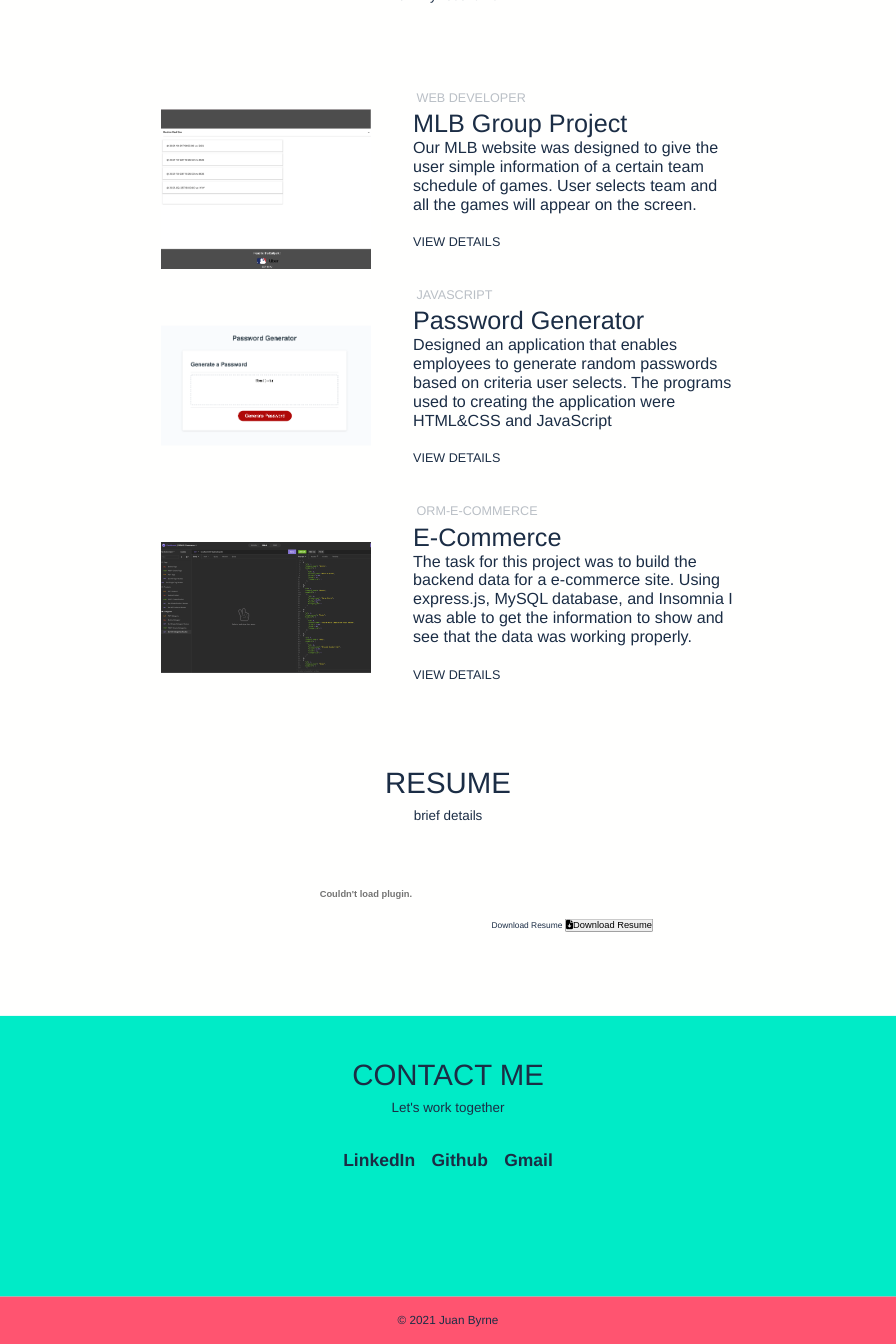
Repository: jb150524/JB-Portfolio
Page: index.html
An editor plug-in stored every save of this project. The page is shown before and after the next save, followed by the edit.
The browser window is 1280 px wide. The pictures show the part of the page from y = 2436 to 4356 px (the page is 4356 px tall before and 4354 px after), at 70% of full size.
Some web libraries are served in a nearby version.

Above is the page before, as saved 2021-09-25 21:30:51.

### index.html
<!DOCTYPE html>
<!-- saved from url=(0053)file:///Users/jja/FullStack_HW/juanwebsite/index.html -->

    <html lang="en"><head><meta http-equiv="Content-Type" content="text/html; charset=UTF-8">

    <meta http-equiv="X-UA-Compatible" content="IE=edge">
    <meta name="viewport" content="width=device-width, initial-scale=1.0">

    <!-- CSS style sheet -->
    <link rel="stylesheet" href="style.css">

    <!-- adding icons  -->
    <script src="https://kit.fontawesome.com/11dfd97c40.js" crossorigin="anonymous"></script>

    <title>Juan's Portfolio</title>
    </head>

    <body>
      <header>
      <nav class="top-nav">
        <ul class="nav-list">
        <li>
        <a href="file:///Users/jja/FullStack_HW/juanwebsite/index.html">Home</a>
        <a href="file:///Users/jja/FullStack_HW/juanwebsite/index.html#about">About</a>
        <a href="file:///Users/jja/FullStack_HW/juanwebsite/index.html#portfolio">Portfolio</a>
        <a href="file:///Users/jja/FullStack_HW/juanwebsite/index.html#resume">Resume</a>
        <a href="file:///Users/jja/FullStack_HW/juanwebsite/index.html#contact">Contact</a>
        </li>
        </ul>
      </nav>

    <div class="main">
      <div class="landing-text">
        <h1>JuanByrne</h1>
        <h6>Graphic Designer and Full Stack Web Developer</h6>
      </div>
    </div>
    </header>

    <section class="about" id="about">
      <div class="container">
          <a class="about-details">
        <div class="about-heading">
          <h1>About</h1>
          <h6>Myself</h6>
        </div>
          <p>
          I'm a Graphic Designer trying to become a full stack developer. I am from Guadalajara, Mexico. I was born in Mexico, but at a young age I moved to the USA. One of my favorite hobbies is playing competative soccer. Playing soccer has taught me perseverance, how to be a team player, and most importantly how to lose. I currently live in Wayne, Pennsylvania, but have previously lived in Guadalajara, Mexico and Orange County, California. I want to become a web developer because I want to learn a skill that motivates me and pushes me to try new things. I am excited about web developing and want a career that gives me a spark, like I get when I play soccer, with competitiveness, passion, and the belief that I can succeed.
          </p>
          </a>
      </div>
    </section>

      <a class="about-details">
        <section class="experience" id="experience">
            <div class="container">
              <div class="section-heading">
                <h1>Experience</h1>
                <h6>What I can do for you</h6>
              </div>
          <div class="my-skills">
          <div class="skills" alt ="">
            <div class="icon-container">
              <i class="fas fa-layer-group"></i>
            </div>
            <h1>Graphic Designer</h1>
            <p>
            I'm a Graphic Designer with two years of experience working in the advertising industry. Possesses a high degree of competence using programs such as Adobe Photoshop, InDesign, Illustrator, and HTML & CSS.
            </p>
          </div>

        <div class="skills">
          <div class="icon-container">
            <i class="fas fa-laptop-code"></i>
          </div>
              <h1>Web Development</h1>
              <p>
              I'm a full stack developer. I have a strong understanding and concepts in web development: HTML5&CSS, JavaScript, jQuery, command lines, API consumption and much more.
              </p>
            </div>
          </div>
        </div>
      </section>
    </a>

      <section class="portfolio" id="portfolio"><a class="about-details"></a>
        <div class="container"><a class="about-details">
          <div class="section-heading">
            <h1>Portfolio</h1>
            <h6>View my recent work</h6>
            </a>
            </div>
          </div>
          <div class="portfolio-item"><a class="about-details">
            <div class="portfolio-img has-margin-right">
              <img src="images/MLB Site.png" alt="">
            </a>
            </div>
              <div class="portfolio-description"><a class="about-details">
              <h6>Web Developer</h6>
              <h1>MLB Group Project</h1>
              <p>
              Our MLB website was designed to give the user simple information of a certain team schedule of games. User selects team and all the games will appear on the screen.
              </p>
              </a>
            <a href="file:///Users/jja/FullStack_HW/juanwebsite/index.html#" class="cta"> View Details</a>
        </div>
      </div>
    <div>

     <div class="portfolio-item">
          <div class="portfolio-img has-margin-right">
            <img src="images/passGenerator.png" alt="">
            </div>
            <div class="portfolio-description">
            <h6>Javascript</h6>
            <h1>Password Generator</h1>
            <p>
            Designed an application that enables employees to generate random passwords based on criteria user selects. The programs used to creating the application were HTML&CSS and JavaScript
            </p>
            <a href="file:///Users/jja/FullStack_HW/juanwebsite/index.html#" class="cta"> View Details</a>
            </div>
        </div>

      <div>
          <div class="portfolio-item">
            <div class="portfolio-img has-margin-right">
              <img src="images/E-Commerce.png" alt="">
              </div>
              <div class="portfolio-description">
              <h6>ORM-E-Commerce</h6>
              <h1>E-Commerce</h1>
              <p>
              The task for this project was to build the backend data for a e-commerce site. Using express.js, MySQL database, and Insomnia I was able to get the information to show and see that the data was working properly.
              </p>
              <a href="file:///Users/jja/FullStack_HW/juanwebsite/index.html#" class="cta"> View Details</a>
            </div>
          </div>
      </div>
    </section>

    <section class="resume" id="resume">
      <div class="container">
        <div class="section-heading">
          <h1>Resume</h1>
          <h6>brief details</h6>
          <embed src="/images/FullStackDeveloper2021Resume.pdf" type="application/pdf" width="55%" height="100px" />
          <!-- <input type="button" value="Download!"> -->
          <a href="./images/FullStackDeveloper2021Resume.pdf" class="cta">Download Resume</a>
          <button class="btn"><i class="fas fa-file-download"></i>Download Resume</button>
        </div>
      </div>

    <section class="contact" id="contact">
        <div class="container">
          <div class="section-heading">
          <h1>Contact Me</h1>
          <ul>
          <li>
          <h6>Let's work together</h6>
          <a href="https://www.linkedin.com/in/juan-byrne-43869ab7/">LinkedIn</a>
          <a href="https://github.com/jb150524">Github</a>
          <a href="file:///Users/jja/FullStack_HW/juanwebsite/juan1505@gmail.com">Gmail</a>
          </li>
          </ul>
        </div>
       </div>
    </section>

    <footer class="copyright">
      <p>© 2021 Juan Byrne</p>
    </footer>
  </section>


</body>
</html

### style.css
/* Start global*/

* {
    margin: 0;
    padding: 0;
    box-sizing: border-box;
}

html {
    font-size: 12px;
    font-family: Helvetica, sans-serif;
    /* color: rgb(255, 255, 255); */
}

body {
    width: 100%;
    height: 100%;
    background-color: #fffffe;
    background-size: cover;
}

section {
    padding: 60px 0;
}

h6 {
    color: #1b2d45;
    margin: 5px;
}

a {
    text-decoration: none;
    color: #1b2d45;
}

p {
   font-size: 23px;
   font-weight: 300;
   color: #1b2d45;
}



img {
    max-width: 100%;
    height: auto;
}

.main {
    padding: 16px;
    margin-top: 30px;
    height: 1500px; /* Used in this example to enable scrolling */
  }

/* Start reusable*/

.container {
    width: 50%;
    max-width: 120rem;
    height: 100%;
    margin: 0 auto;
    position: relative;
}

.container-details p {
    font-size: 200px;
    padding: 35px;
}

.section-heading {
    text-align: center;
    margin-bottom: 10rem;
}

.section-heading h1 {
    font-family: major mono display, Helvetica, sans-serif;
    font-size: 3.5rem;
    color: #1b2d45;
    text-transform: uppercase;
    font-weight: 300;
    position: relative;
    margin-bottom: 1rem;
}

.section-heading h1::before,
.section-heading h1::after {
    content: "";
    position: absolute;
    bottom: -.5rem;
    left: 50%;
    transform: translateX(-59%);
    background: color #fff8e8;
}

.section-heading h1::before {
    width: 10rem;
    height: 3px;
    border-radius: .8rem;
}

.section-heading h1::after {
    height: 1.5rem;
    border-radius: .100%;
    bottom: 1rem;
}

.section-heading h6 {
    font-size: 1.6rem;
    font-weight: 300;
    margin-bottom: 50px;
}

.has-margin-right {
    margin-right: 5rem;
}
/* End reusable*/

/* Start header*/
header {
    width: 100%;
    height: 100vh;
}

.nav-list {
    z-index: 2;
    top: 0;
    background:#00ebc7;
    overflow: hidden;
    font-size: 35px;
    font-family: major mono display;
    margin: 0;
    padding: 20px;
    position: fixed;
    list-style: none;
    width: 100%;
    display: flex;
    justify-content: center;
    align-items: flex-start;
    text-decoration: none;
}

li {
    margin: 0;
    list-style: none;
}

.nav-link {
    font-family: Arial, Helvetica, sans-serif;
    font-size: 15px;
    padding: 5px;
}

.nav-link:hover,
.nav-ink:focus {
    background: linear-gradient(to top, #5725b3, #9e91e9 );
    -webkit-background-clip: text;
    -webkit-text-fill-color: transparent;

}

.landing-text{
    position: absolute;
    top: 50%;
    left: 50%;
    transform: translate(-50%, -50%);
    width: 100%;
    text-align: center;
    z-index: 1;
}

.landing-text h1 {
    font-size: 150px;
    font-family: major mono display, Helvetica, sans-serif, Helvetica, sans-serif;
    background: linear-gradient(to top, #110202, #000000 );
    -webkit-background-clip: text;
    -webkit-text-fill-color: transparent;
    padding: 1rem;
    user-select: none;

}

.landing-text h6 {
    font-size: 2rem;
    font-weight: 300;
}
/* End header*/

.about .container {
    display: flex;
    align-items: center;
    justify-content: center;
}

.about-heading {
    text-align: center;
    text-transform: uppercase;
    line-height: 10px;
    margin-bottom: 6rem;
}

.about-heading h1 {
    font-size: 10rem;
    opacity: .3;
    font-family: major mono display;
}

.about-heading h6 {
    font-size: 2rem;
    font-weight: 300;
}

/* .about-container p {
   font-size: 50px;
} */

.profile-img {
    max-width: 100%;
    display: inline-block;
}

/* Start services*/

.my-skills {
    display: grid;
    /* grid-template-columns: repeat(auto-fit, min max(25rem, 1fr)); */
    grid-gap: 2.5rem;
    text-align: center;
}

.skills p {
    padding: 15px 5px 5px 5px;
    text-align: left;
}

.skills h1 {
    text-transform: uppercase;
    letter-spacing: 2px;
    margin: 2rem -2px 2rem 0;
}

.icon-container {
    width: 10rem;
    height: 10rem;
    border: 2px solid #1b2d45;
    background-color: #00ebc7;
    margin-bottom: 2rem;
    display: inline-block;
}

.icon-container .fas {
    margin: 27px -35px 0px -36px;
}

.icon-container i {
    color:#1b2d45;
    font-size: 5rem;
    margin: auto;
}
/* End services*/

/* Start portfolio*/

.portfolio-item {
    display: flex;
    align-items: end;
    justify-content: center;
    flex-direction: row;
    flex-wrap: wrap;
    align-content: stretch;
    margin-bottom: 50px;

}
.portfolio-img {
    width: 300px;
    height: 200px;
    background-size: 100%;
}

.portfolio-item:last-child {
    margin: 0;
}

.portfolio-description {
    flex: .5;
    color: #1b2d45;

}

.portfolio-description h1 {
    font-size: 3rem;
    font-weight: 300;
    margin: 1px 0;
    display: contents;
}

.portfolio-description h6 {
    font-size: 1.5rem;
    text-transform: uppercase;
    font-weight: 300;
    opacity: 0.3;
}

.portfolio-description .cta {
    display: inline-block;
    margin-top: 2.5rem;
    font-size: 1.5rem;
    text-transform: uppercase;
    color: #1b2d45;
    transition: color 650ms;
}

.portfolio-description .cta:hover {
    color: #2f67cd;
}
/* End portfolio*/


/*Star contact*/

.contact {
    background-color:#00ebc7;
}

.contact a {
    font-weight: bold;
    margin: 10px;
    margin-top: 20px;
    padding: 15px 0;
    text-align: center;
    font-size: 25px;
}

/*End contact*/

/*Star footer*/

.copyright {
    width: 100%;
    text-align: center;
    background-color:#ff5470;
    padding: 2rem 0;
    position: absolute;
    display: block;
}

/* .up {
    position: absolute;
    width: 5rem;
    height: 5rem;
    background-color: burlywood;
    top: -2.5rem;
    right: 5rem;
    border-radius: 100%;
    display: flex;
    animation: pulse 2s infinite;
    cursor: pointer;
}

.up i {
    color: navy;
    font-size: 2rem;
    margin: auto;
} */

.copyright p {
    font-size: 1.4rem;
}
/*End footer*/

/*Start Button animation*/

@keyframes pulse {
    0%{
        box-shadow: 0 0 0 0 rgba(253, 87, 191, 0.99);
    }
    70%{
        box-shadow: 0 0 0 2rem rgba(253, 87, 191, 0);
    }
    100%{
        box-shadow: 0 0 0 0 rgba(253, 87, 191, 0);
    }
}
/*End Button animation*/

/*Start media queries*/

@media screen and (max-width: 768px) {
    body {
        background-color: #fffffe;
        background-size: cover;
    }

    .landing-text h1 {
        font-size: 70px;
    }

    .landing-text h6 {
        font-size: 1.7rem;
    }

    .nav-list {
        font-size: 15px;
    }

    li {
        margin: 2rem 0;
    }

    .nav-ink {
        font-size: 4.5rem;
    }

    .about-heading {
        font-size: 15px;
    }

    .section-heading h1 {
        font-size: 3rem;
    }

    .about-details .nav-list {
        flex-direction: initial;
    }

    .about-details li {
        font-size: 10px;
        margin: 0 2rem;
    }

@media screen and (max-width: 600px) {

    .landing-text h1 {
        font-size: 8rem;
    }

    .landing-text h6 {
        font-size: 1.4rem;
    }

    .nav-link {
        font-size: 3.5rem;
    }

    .profile-img {
        margin-top: 0 0 7rem 0;
    }

    .portfolio-item {
        flex-direction: column;
    }

    .portfolio-img {
        margin: 0 0 2rem 0;
        order: 1;
    }

    .portfolio-description {
        margin: 0;
        order: 2;
    }

    form {
        width: 100%;
    }

    .up {
        right: 2rem;
    }
}
/*End media queries*/

After the next save:
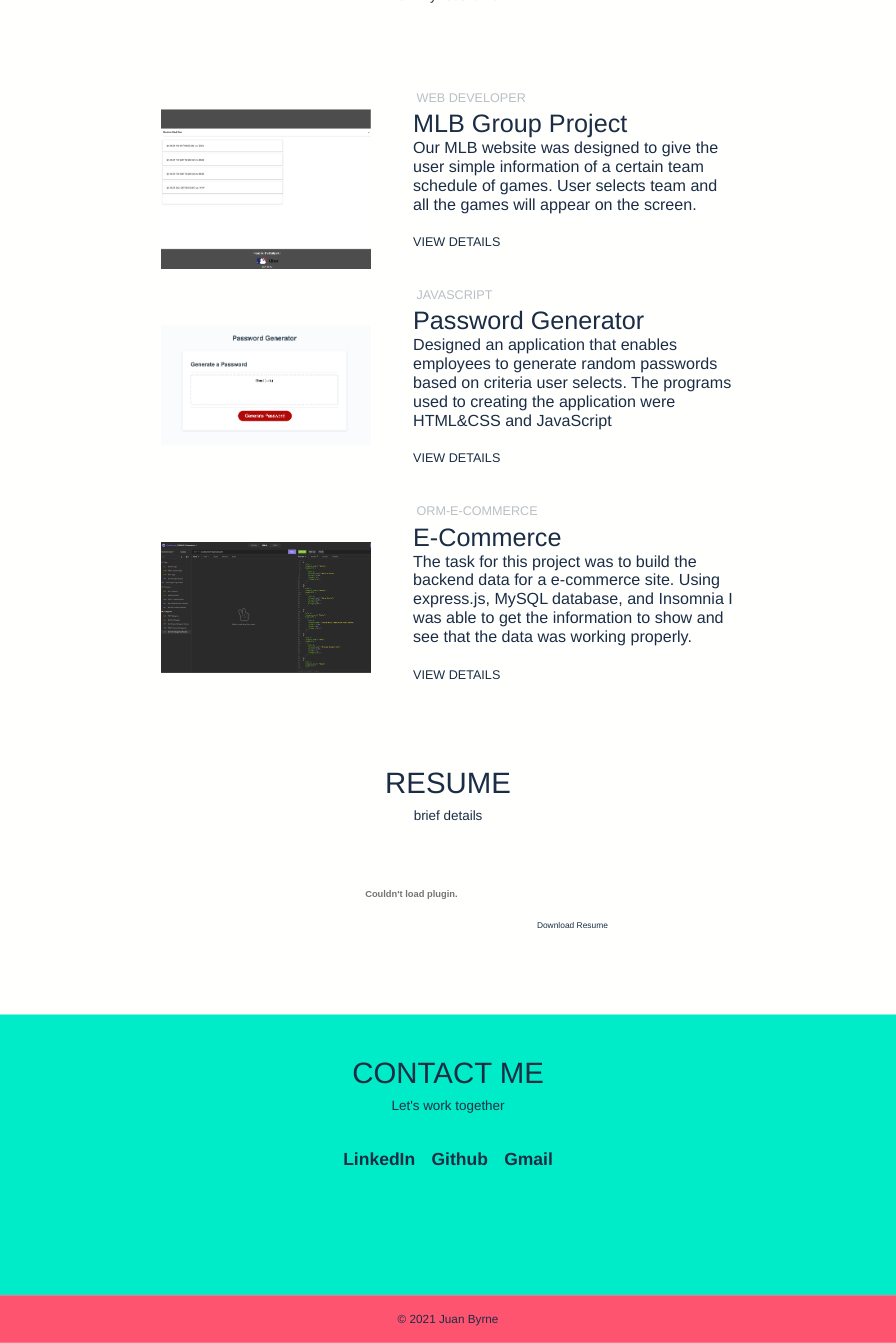
Saved 19 s later.
--- a/index.html
+++ b/index.html
@@ -147,7 +147,6 @@
           <embed src="/images/FullStackDeveloper2021Resume.pdf" type="application/pdf" width="55%" height="100px" />
           <!-- <input type="button" value="Download!"> -->
           <a href="./images/FullStackDeveloper2021Resume.pdf" class="cta">Download Resume</a>
-          <button class="btn"><i class="fas fa-file-download"></i>Download Resume</button>
         </div>
       </div>
 
